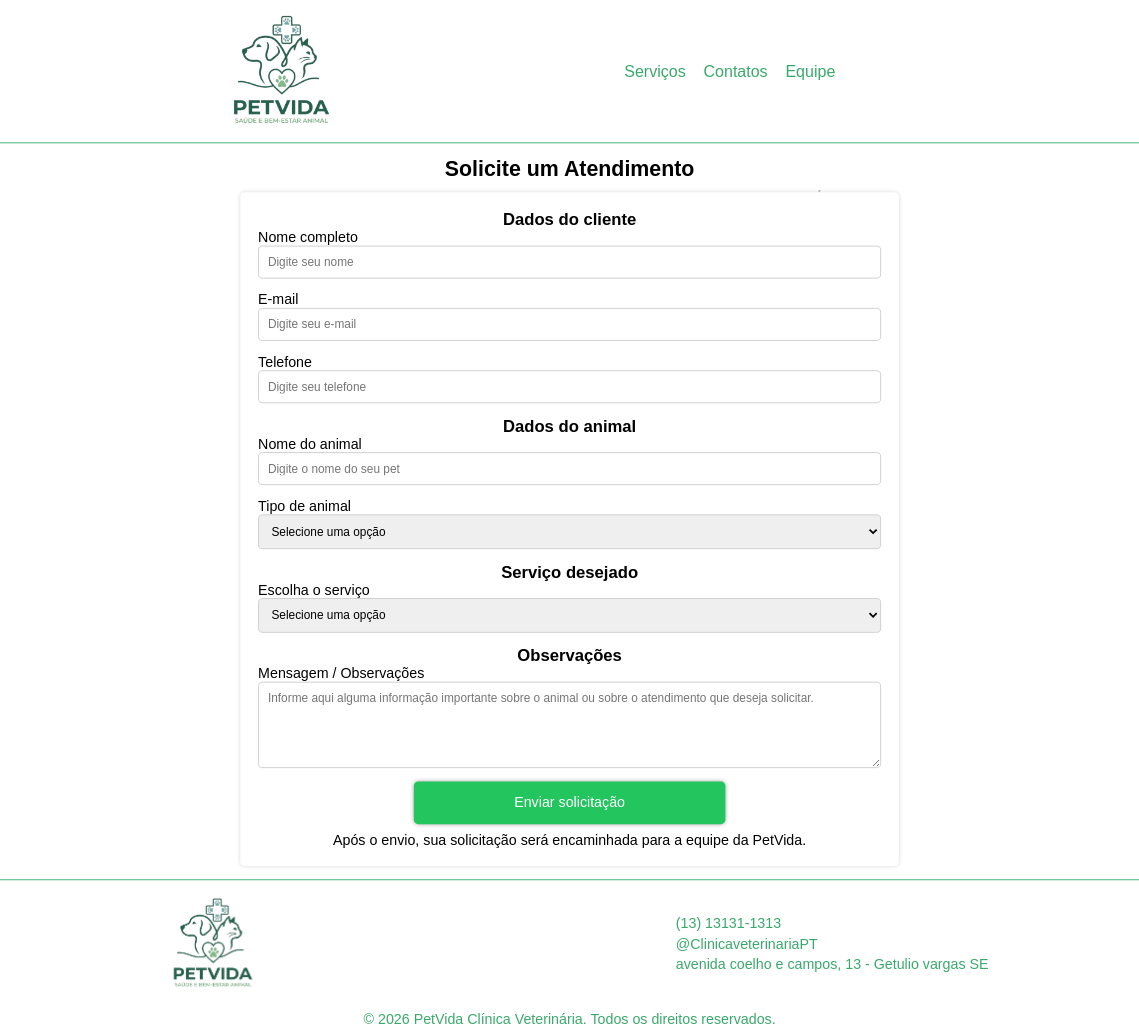
Repository: antonymsantana-design/Veterinario
Page: contatos.html
The author's editor kept a copy of each file at every save. The page is drawn from the files as they stood at one save, then again after the next save.
The browser window is 1280 px wide. The pictures show the whole page, at 89% of full size.

Above is the page before, as saved 2026-10-03 19:18:29.

### contatos.html
<!doctype html>
<html lang="pt-br">
  <head>
    <meta charset="UTF-8" />
    <meta name="viewport" content="width=device-width, initial-scale=1.0" />
    <title>Cebola Hair</title>
    <link rel="stylesheet" href="style.css" />
    <script src="script3.js" defer></script>
  </head>
  <header>
    <div class="conteudoH" id="conteudoH">
      <div class="imagem" id="imagem">
        <img src="image/logo.png" alt="logo" class="logoIMG" id="logoIMG" />
      </div>
      <div class="direitaH">
        <div class="links" id="links">
          <a href="serviços.html" class="aLinks" id="servA">Serviços</a>
          <a href="CONTATOS.HTML" class="aLinks" id="contatosA">Contatos</a>
          <a href="Team.html" class="aLinks" id="contatosA">Equipe</a>
        </div>
      </div>
    </div>
  </header>

  <body>
    <h2 class="Our" id="servicosT">Solicite um Atendimento</h2>
    <hr />

    <div class="context">
    <form
      action="https://formsubmit.co/antony.m.santana@aluno.senai.br"
      method="POST"
    >

      <h3>Dados do cliente</h3>

      <div class="campo">
        <label for="nome">Nome completo</label>
        <input
          type="text"
          name="nome"
          id="nome"
          placeholder="Digite seu nome"
          required
        />
      </div>

      <div class="campo">
        <label for="email">E-mail</label>
        <input
          type="email"
          name="email"
          id="email"
          placeholder="Digite seu e-mail"
          required
        />
      </div>

      <div class="campo">
        <label for="telefone">Telefone</label>
        <input
          type="tel"
          name="telefone"
          id="telefone"
          placeholder="Digite seu telefone"
          required
        />
      </div>

      <h3>Dados do animal</h3>

      <div class="campo">
        <label for="animal">Nome do animal</label>
        <input
          type="text"
          name="animal"
          id="animal"
          placeholder="Digite o nome do seu pet"
          required
        />
      </div>

      <div class="campo">
        <label for="tipo">Tipo de animal</label>

        <select name="tipo_animal" id="tipo" required>
          <option value="">Selecione uma opção</option>
          <option value="Cachorro">Cachorro</option>
          <option value="Gato">Gato</option>
          <option value="Outro">Outro</option>
        </select>
      </div>

      <h3>Serviço desejado</h3>

      <div class="campo">
        <label for="servico">Escolha o serviço</label>

        <select name="servico" id="servico" required>
          <option value="">Selecione uma opção</option>
          <option value="Consulta veterinária">Consulta veterinária</option>
          <option value="Vacinação">Vacinação</option>
          <option value="Banho e tosa">Banho e tosa</option>
          <option value="Exames laboratoriais">Exames laboratoriais</option>
          <option value="Atendimento de emergência">
            Atendimento de emergência
          </option>
          <option value="Acompanhamento veterinário">
            Acompanhamento veterinário
          </option>
        </select>
      </div>

      <h3>Observações</h3>

      <div class="campo">
        <label for="mensagem">Mensagem / Observações</label>

        <textarea
          name="mensagem"
          id="mensagem"
          rows="5"
          placeholder="Informe aqui alguma informação importante sobre o animal ou sobre o atendimento que deseja solicitar."
        ></textarea>
      </div>

      <input
        type="hidden"
        name="_next"
        value="http://127.0.0.1:5500/sucsses.html"
      />

      <button type="submit" class="buto">Enviar solicitação</button>

      <p class="texto-form">
        Após o envio, sua solicitação será encaminhada para a equipe da PetVida.
      </p>
    </form>
    </div>
  </body>
  <footer id="footer">
    <div class="cimaF">
      <div class="direita">
        <img src="image/logo.png" alt="logo" class="logoIMGF" id="logoIMG" />
      </div>

      <div class="esquerda">
        <p>(13) 13131-1313</p>
        <p>@ClinicaveterinariaPT</p>
        <p>avenida coelho e campos, 13 - Getulio vargas SE</p>
      </div>
    </div>
    <div class="baixoF">
      <p>© 2026 PetVida Clínica Veterinária. Todos os direitos reservados.</p>
    </div>
  </footer>
</html>

### style.css
* {
  padding: 0px;
  margin: 0px;
  font-family: Arial, Helvetica, sans-serif;
}

header {
  background-color: #ffffff;
  height: 160px;
  display: flex;
  justify-content: center;
  align-items: center;
  border-bottom: 1px solid #39a96b;
}

.conteudoH {
  display: flex;
  justify-content: center;
  align-items: center;
  gap: 300px;
}

.imagem {
  margin-left: 20px;
  margin-top: 5px;
  display: flex;
  justify-content: center;
  align-items: center;
  gap: 30px;
  font-weight: 600;
  font-size: 22px;
}

.logoIMG {
  width: 170px;
  margin-bottom: 10px;
  cursor: pointer;
}

.logoH {
  color: white;
}

.links {
  display: flex;
  gap: 20px;
  justify-content: center;
  padding-right: 130px;
  font-size: 18px;
}

.links a {
  text-decoration: none;
  color: #39a96b;
  transition: 0.5s ease;
}

.aLinks:hover {
  transform: translateY(-5px);
  box-shadow: 0 4px 10px rgba(0, 0, 0, 0.15);
  background-color: #39a96b;
  color: #f5f5f5;
  border-radius: 5px;
  width: 120px;
  height: 30px;
  display: flex;
  justify-content: center;
  align-items: center;
}

.btnDiv {
  display: flex;
}

.btn {
  display: flex;
  justify-content: center;
  width: 140px;
  height: 50px;
  background-color: #22c55e;
  border: none;
  color: white;
  align-items: center;
  border-radius: 8px;
  transition: 0.3s ease;
  cursor: pointer;
  font-size: 14px;
}

.btn:hover {
  transform: translateY(-5px);
  box-shadow: 0 8px 15px rgba(0, 0, 0, 0.4);
}

.direitaH {
  display: flex;
  justify-content: center;
  align-items: center;
}

.conteudo {
  background-image: url(image/Cuidando\ de\ Quem\ Amamos.png);
  background-repeat: no-repeat;
  background-size: cover;
  background-position: center;
  height: 80vh;
  color: white;
}

.card {
  background-color: #fdeec7;
  width: 270px;
  height: 220px;
  display: flex;
  flex-direction: column;
  justify-content: center;
  align-items: center;
  border-radius: 5px;
}

.cards {
  display: flex;
  justify-content: center;
  gap: 40px;
  padding-top: 20px;
  padding-bottom: 20px;
}

.card h4 {
  color: #22c55e;
}

.icone {
  width: 120px;
  height: 120px;
  padding-bottom: 10px;
}

.Our {
  padding-top: 15px;
  text-align: center;
  padding-bottom: 10px;
}

hr {
  color: #22c55e;
  text-align: center;
  margin-left: 920px;
  margin-right: 920px;
}

.agendar {
  display: flex;
  justify-content: space-around;
  align-items: center;
  padding-bottom: 20px;
}

.form {
  background-color: #ecf2f7;
  width: 600px;
  height: 300px;
  border-radius: 7px;
  display: flex;
  justify-content: center;
  flex-direction: column;
}

.formCima {
  padding-top: 20px;
  display: flex;
  justify-content: center;
  align-items: center;
  flex-direction: column;
}

.quadrado {
  display: grid;
  justify-content: center;
  grid-template-columns: repeat(2, 200px);
  gap: 30px;
  column-gap: 70px;
  margin-right: 40px;
}

.esq {
  font-size: 25px;
}

footer {
  display: flex;
  justify-content: center;
  align-items: center;
  flex-direction: column;
  background-color: #ffffff;
  color: #39a96b;
  border-top: 1px solid #39a96b;
}

.AbH2 {
  padding-left: 20px;
  padding-right: 20px;
  padding-bottom: 10px;
  padding-top: 10px;
  text-align: center;
}

.AbH3 {
  padding-left: 20px;
  padding-right: 20px;
  padding-bottom: 10px;
  padding-top: 10px;
  text-align: center;
  margin-left: 425px;
  margin-right: 425px;
}

.topc {
  display: flex;
  justify-content: center;
  align-items: center;
  flex-direction: column;
  text-align: center;
  max-width: 350px;
}

.topics {
  display: flex;
  justify-content: center;
  gap: 100px;
  padding-bottom: 25px;
}

.topcIMG {
  width: 290px;
  height: 260px;
  border-radius: 25px;
  cursor: pointer;
  padding-bottom: 10px;
  padding-top: 10px;
}

.topcH {
  padding-bottom: 10px;
}

.cimaF {
  display: flex;
  justify-content: center;
  gap: 450px;
  align-items: center;
  margin-bottom: 4px;
}

.logoIMGF {
  width: 140px;
  cursor: pointer;
}

.esquerda {
  display: flex;
  flex-direction: column;
  gap: 5px;
}

.formu {
  width: 240px;
  height: 30px;
  border-radius: 5px;
  border: none;
}

.forms {
  width: 500px;
  height: 30px;
  border-radius: 5px;
  border: none;
}

.agendarbtn {
  display: flex;
  justify-content: center;
  align-items: center;
  width: 512px;
  height: 40px;
  background-color: #22c55e;
  border: none;
  color: white;
  border-radius: 8px;
  transition: 0.3s ease;
  cursor: pointer;
  margin-top: 15px;
}

.agendarbtn:hover {
  transform: translateY(-5px);
}

.btnAgendar {
  display: flex;
  justify-content: center;
  align-items: center;
}

/*pagina de serviços*/

.primeiro {
  background-color: #f0f9f4;
  width: 300px;
  padding-bottom: 13px;
  margin-left: 20px;
  text-align: center;
  padding-top: 13px;
  flex-wrap: wrap;
  border-radius: 15px;
}

.cards {
  display: grid;
  justify-content: center;
  grid-template-columns: repeat(3, 400px);
  gap: 50px;
  padding-bottom: 15px;
}
.cards .primeiro img {
  width: 250px;
  height: 250px;
  border-radius: 15px;
}
h1 {
  text-align: center;
  margin-top: 20px;
  margin-bottom: 20px;
}
.texto {
  color: #3c2415;
}
.preco {
  color: #e4c8a4;
}

form {
  display: flex;
  flex-direction: column;
  align-items: center;
  justify-content: center;
  box-shadow: 0px 0px 5px rgba(0, 0, 0, 0.16);
  padding: 20px;
  width: 700px;
  margin: 0 auto;
  border-radius: 5px;
  margin-bottom: 15px;
}

.campo{
    display: flex;
    flex-direction: column;
    margin-bottom: 15px;
    width: 100%;
}

input, select, textarea{
    padding: 10px;
    border-radius: 5px;
    border: 1px solid #ccc;
}

.buto{
    padding: 15px;
    background-color: #22c55e;
    width: 50%;
    border: none;
    border-radius: 5px;
    color: white;
    cursor:pointer;
    font-size: 16px;
    font-weight: lighter;
    margin-bottom: 9px;
     box-shadow: 0px 0px 5px rgba(0, 0, 0, 0.367);
}




/* celular */

@media (max-width: 768px) {
  /* header */
  header {
    height: auto;
    padding: 10px 0;
  }

  .conteudoH {
    flex-direction: column;
    padding-right: 0;
    gap: 15px;
  }

  .imagem {
    margin-left: 0;
    margin-top: 0;
    gap: 10px;
  }

  .logoIMG {
    width: 80px;
    height: 80px;
  }

  .logoH {
    font-size: 20px;
  }

  .direitaH {
    flex-direction: column;
    gap: 15px;
  }

  .links {
    padding-right: 0;
    font-size: 16px;
  }

  .conteudo {
    height: 400px;
  }

  .texto {
    padding-left: 25px;
    padding-right: 25px;
    height: 400px;
    font-size: 25px;
  }

  .texto small {
    font-size: 14px;
  }

  .Our {
    font-size: 25px;
  }

  hr {
    margin-left: 30%;
    margin-right: 30%;
  }

  .cards {
    flex-direction: column;
    align-items: center;
    gap: 20px;
  }

  .card {
    width: 80%;
    max-width: 270px;
  }

  .agendar {
    flex-direction: column;
    gap: 30px;
    padding: 30px 20px;
  }

  .esq {
    font-size: 18px;
    text-align: center;
  }

  .esq h1 {
    font-size: 28px;
  }

  .esq p {
    font-size: 15px;
  }

  .form {
    width: 100%;
    max-width: 600px;
    height: auto;
    padding: 20px 0;
  }

  .forms {
    width: 80%;
  }

  .quadrado {
    grid-template-columns: 1fr;
    gap: 15px;
    margin-right: 0;
  }

  .formu {
    width: 80%;
  }

  .quadrado > div {
    width: 100%;
    text-align: center;
  }

  .quadrado label {
    display: block;
    margin-bottom: 5px;
  }

  .agendarbtn {
    width: 80%;
  }

  footer {
    flex-direction: column;
    gap: 20px;
    padding: 20px;
    text-align: center;
  }

  .esquerda {
    align-items: center;
  }
}

Loaded but not shown: script3.js (no stored copy; drawn as an empty file)

After the next save:
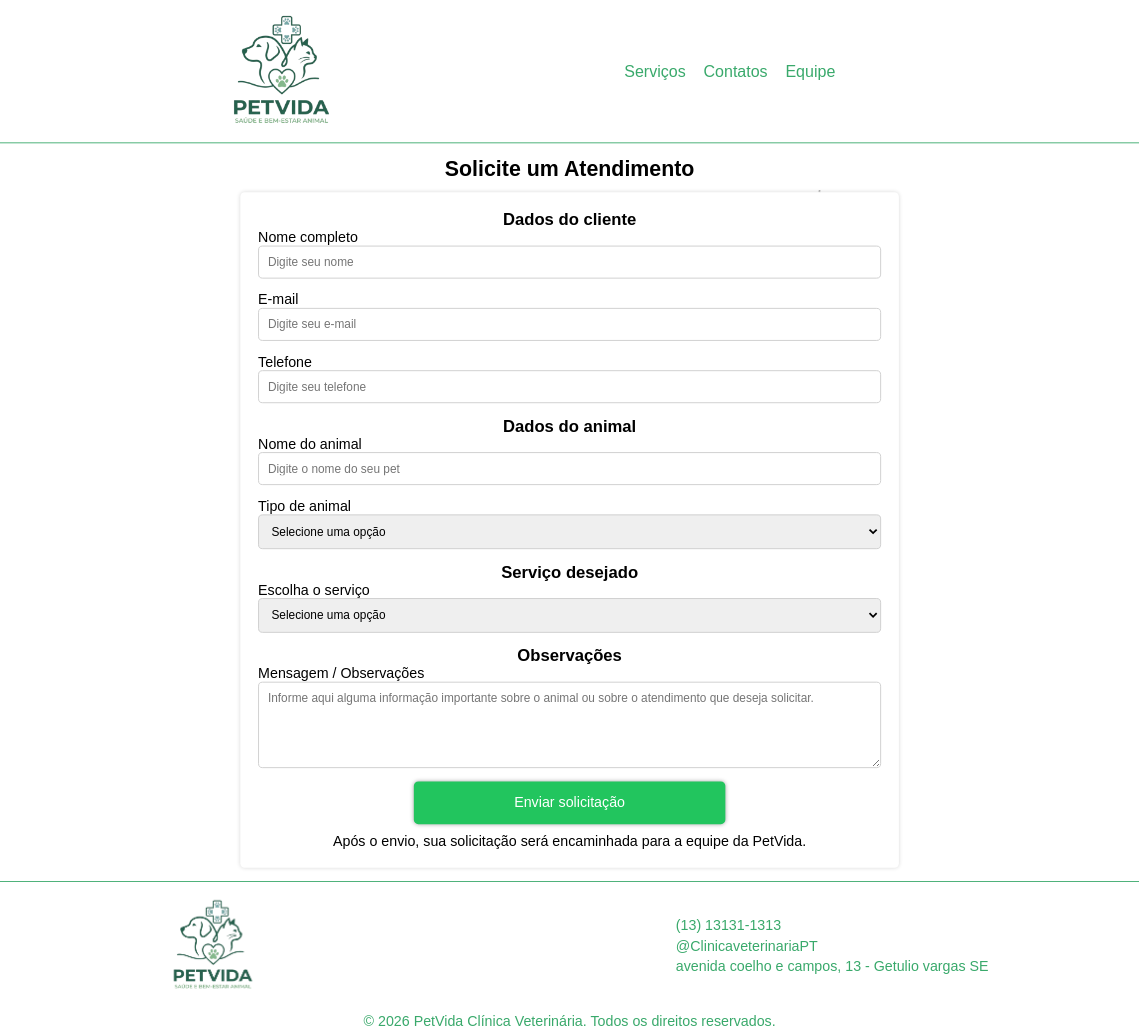
Saved 10 s later.
--- a/style.css
+++ b/style.css
@@ -375,7 +375,7 @@ input, select, textarea{
     cursor:pointer;
     font-size: 16px;
     font-weight: lighter;
-    margin-bottom: 9px;
+    margin-bottom: 11px;
      box-shadow: 0px 0px 5px rgba(0, 0, 0, 0.367);
 }
 
